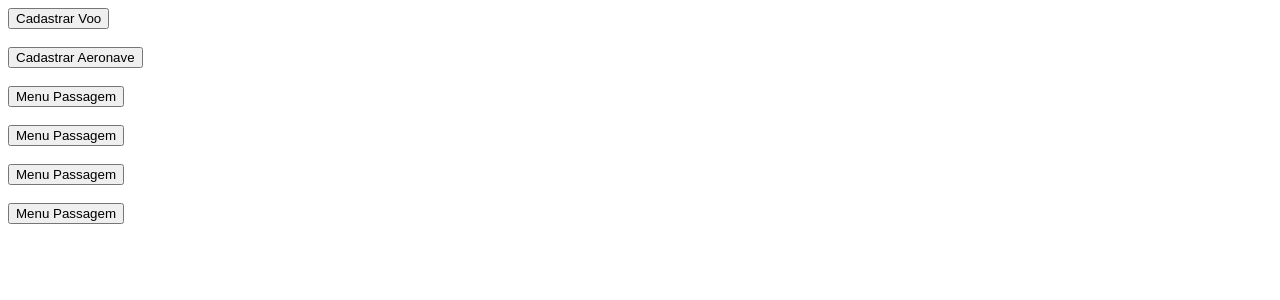
Repository: leal554/ProjetoVendaPassagemAereaWEB
Page: http://localhost/ProjetoVendaPassagemAereaWEB/MenuPassagem.jsp
These files come from the project's save history. The page is drawn as it stood at one moment and after the next save; the edit follows.
The browser window is 1280 px wide. The pictures show the whole page.
The page is served by Tomcat 9. Other server files are loaded and not shown.

Above is the page before, as saved 2015-10-15 23:18:09.

### ProjetoVendaPassagemAereaWEB/WebContent/MenuPassagem.jsp
<%@ page language="java" contentType="text/html; charset=ISO-8859-1"
    pageEncoding="ISO-8859-1"%>
<!DOCTYPE html PUBLIC "-//W3C//DTD HTML 4.01 Transitional//EN" "http://www.w3.org/TR/html4/loose.dtd">
<html>
<head>
<meta http-equiv="Content-Type" content="text/html; charset=ISO-8859-1">
<title>Insert title here</title>
</head>
<body>
	<div>
		<button onclick="window.location.href='./ComprarPassagem.jsp'">Cadastrar Voo</button>
	</div>
	<br>
	<div>
		<button onclick="window.location.href='./novoCliente.jsp'">Cadastrar Aeronave</button>
	</div>
	<br>
	<div>
		<button onclick="window.location.href='./ConsultarCliente.jsp'">Menu Passagem</button>
	</div>
	<br>
	<div>
		<button onclick="window.location.href='./TransferirPassagem.jsp'">Menu Passagem</button>
	</div>
	<br>
	<div>
		<button onclick="window.location.href='./Checkin.jsp'">Menu Passagem</button>
	</div>
	<br>
	<div>
		<button onclick="window.location.href='./MenuPassagem.jsp'">Menu Passagem</button>
	</div>

</body>
</html>

After the next save:
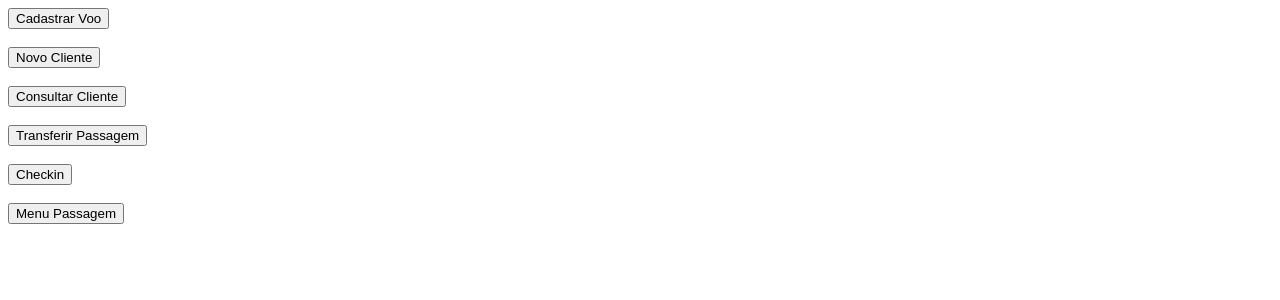
Saved 28 s later.
--- a/ProjetoVendaPassagemAereaWEB/WebContent/MenuPassagem.jsp
+++ b/ProjetoVendaPassagemAereaWEB/WebContent/MenuPassagem.jsp
@@ -12,19 +12,19 @@
 	</div>
 	<br>
 	<div>
-		<button onclick="window.location.href='./novoCliente.jsp'">Cadastrar Aeronave</button>
+		<button onclick="window.location.href='./NovoCliente.jsp'">Novo Cliente</button>
 	</div>
 	<br>
 	<div>
-		<button onclick="window.location.href='./ConsultarCliente.jsp'">Menu Passagem</button>
+		<button onclick="window.location.href='./ConsultarCliente.jsp'">Consultar Cliente</button>
 	</div>
 	<br>
 	<div>
-		<button onclick="window.location.href='./TransferirPassagem.jsp'">Menu Passagem</button>
+		<button onclick="window.location.href='./TransferirPassagem.jsp'">Transferir Passagem</button>
 	</div>
 	<br>
 	<div>
-		<button onclick="window.location.href='./Checkin.jsp'">Menu Passagem</button>
+		<button onclick="window.location.href='./Checkin.jsp'">Checkin</button>
 	</div>
 	<br>
 	<div>
